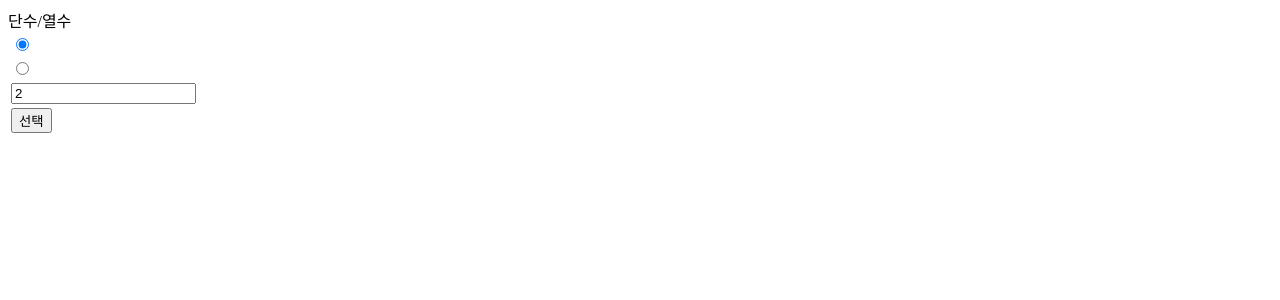
Repository: jwjb1020/Java_tomcat_jsp
Page: http://localhost/ServletStudy/gugudan3.jsp
An editor plug-in stored every save of this project. The page is shown before and after the next save, followed by the edit.
The browser window is 1280 px wide. The pictures show the whole page.
The page is served by Tomcat 9.

Above is the page before, as saved 2023-05-17 02:04:08.

After the next save:
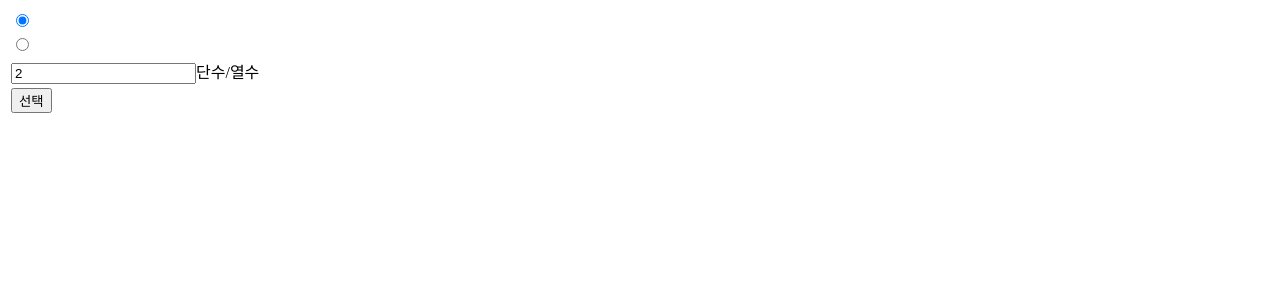
Saved 103 s later.
--- a/ServletStudy/src/main/webapp/gugudan3.jsp
+++ b/ServletStudy/src/main/webapp/gugudan3.jsp
@@ -11,7 +11,7 @@
 	<table>
 	<tr><td><input type = "radio" name ="sel" value= "gugudanType1" checked/></td></tr>
 	<tr><td><input type = "radio" name ="sel" value= "gugudanType2" /></td></tr>
-	<tr><td><input type = "text" name ="set" value= "2"/></td>단수/열수</tr>
+	<tr><td><input type = "text" name ="set" value= "2"/>단수/열수</td></tr>
 	<tr><td><input type = "submit" value= "선택"/></td></tr>
 
 
